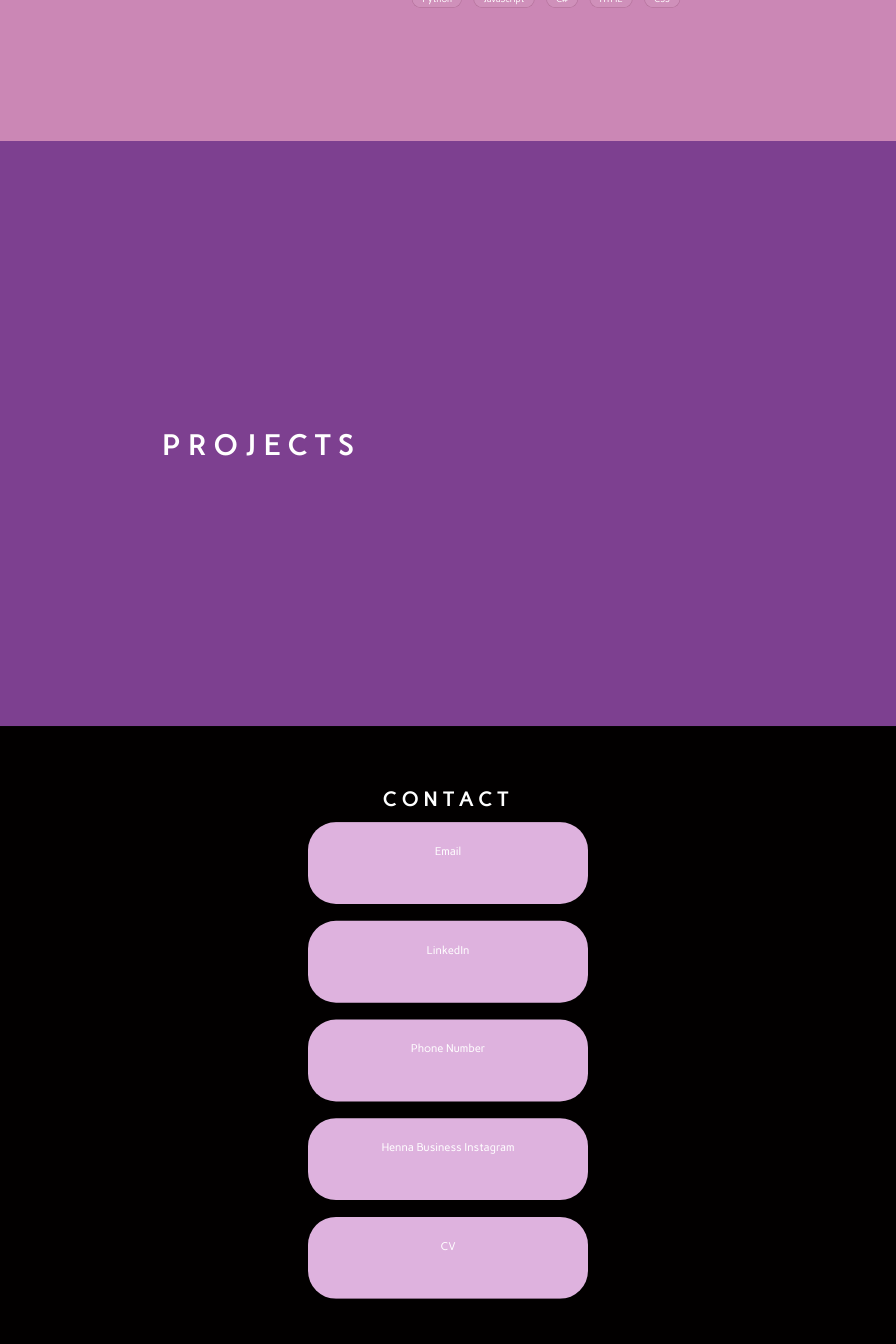
Repository: Rameen-A/Rameen-A
Page: index.html
These files come from the project's save history. The page is drawn as it stood at one moment and after the next save; the edit follows.
The browser window is 1280 px wide. The pictures show the part of the page from y = 1278 to 3198 px (the page is 3198 px tall), at 70% of full size.

Above is the page before, as saved 2026-05-05 15:02:58.

After the next save:
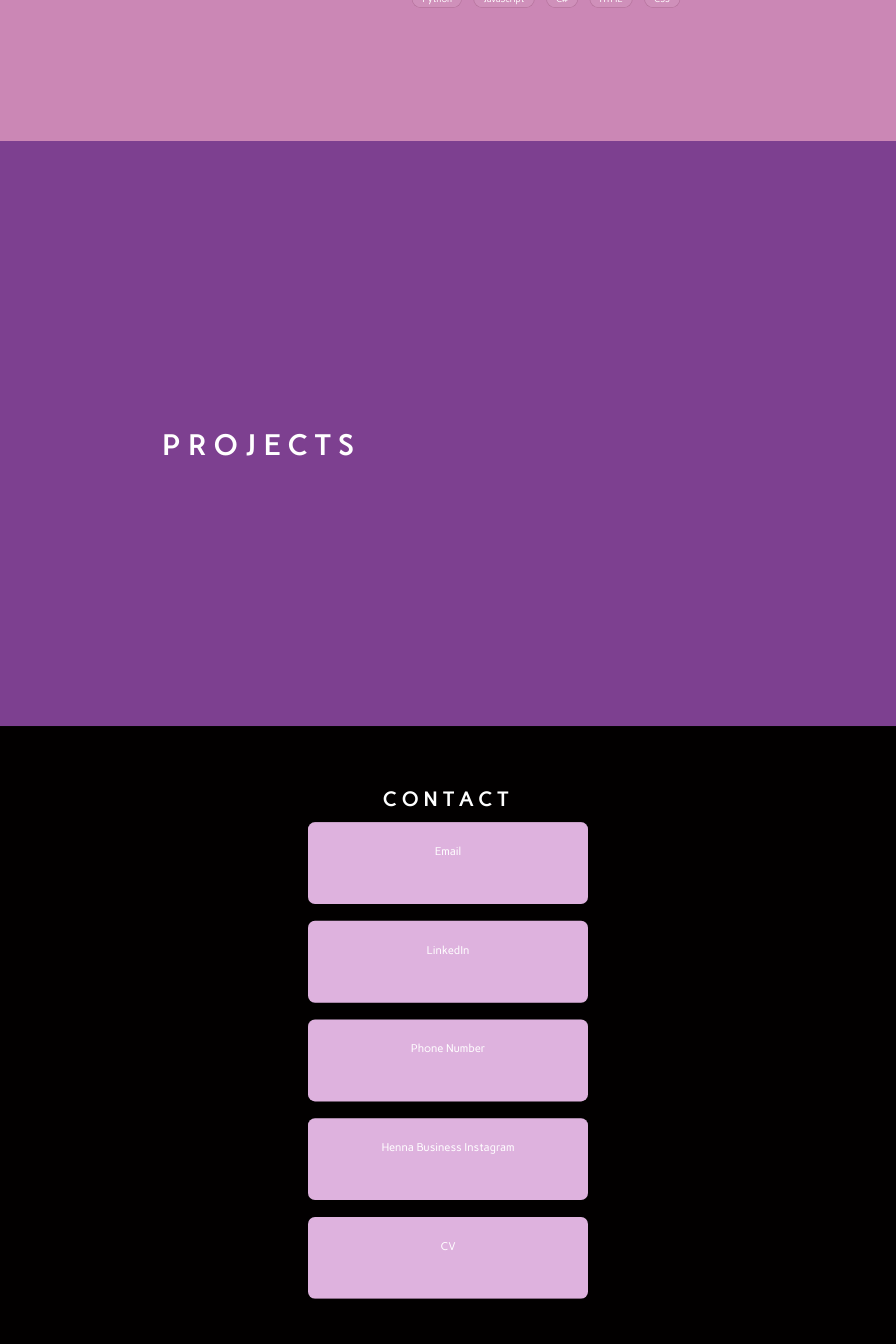
Saved 4 min 19 s later.
--- a/styles/index.css
+++ b/styles/index.css
@@ -225,17 +225,32 @@ section:hover article {
 .contact-card {
   background-color: #deb2de;
   padding: 1rem;
-  border-radius: 40px;
+  border-radius: 10px;
   text-align: center;
-
   position: relative;
   overflow: hidden;
+}
+.default {
+  display: block;
+  transition: opacity 0.3s ease;
+}
+.hover-text {
+  position: absolute;
+  inset: 0; /* fills the card */
+
+  display: flex;
+  align-items: center;
+  justify-content: center;
+
+  opacity: 0;
+  transition: opacity 0.3s ease;
 }
 .contact-card a {
   opacity: 0;
   transition: opacity 0.3s ease;
   display: block;
   margin-top: 0.5rem;
+  background-color: rgb(8, 0, 8);
 }
 .contact-card:hover a {
   opacity: 1;
@@ -244,7 +259,6 @@ section:hover article {
 .contact-card .label {
   font-size: 1rem;
   text-transform: uppercase;
-  background-color: rgb(134, 81, 13);
 }
 
 /* nav mods */
